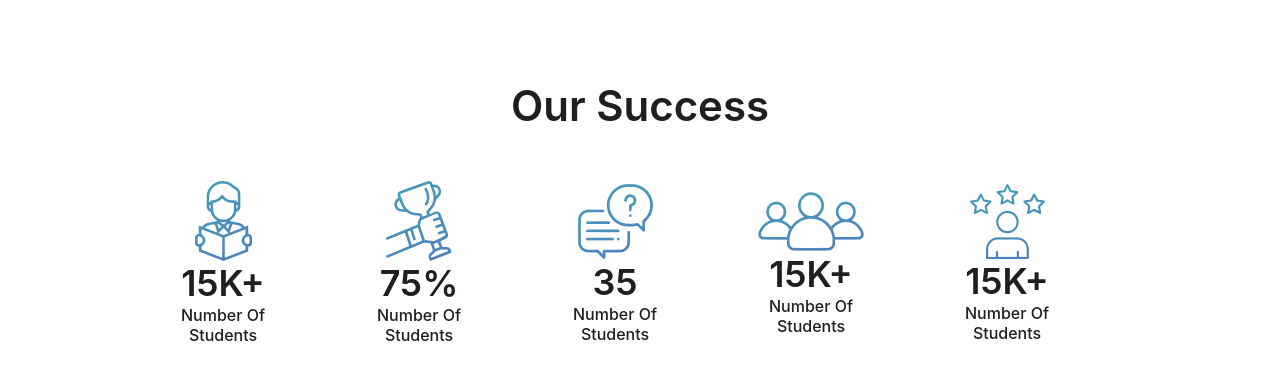
Repository: FaridRustamov09/Final-Task
Page: Pages/succesPage/index.html
An editor plug-in stored every save of this project. The page is shown before and after the next save, followed by the edit.
The browser window is 1280 px wide. The pictures show the whole page.
The style sheet was rebuilt from its Sass, Less or Tailwind sources for each picture, by a compiler version that may differ from the author's.

Above is the page before, as saved 2024-07-14 20:39:27.

### Pages/succesPage/index.html
<!DOCTYPE html>
<html lang="en">
<head>
    <meta charset="UTF-8">
    <meta name="viewport" content="width=device-width, initial-scale=1.0">
    <title>Document</title>
    <link rel="stylesheet" href="index.css">
</head>
<body>
<div class="container2">

    <h1>Our Success</h1>
    <ul>
        <li>
            <img src="../../images/reading 1 (Traced).png" alt="">
            <h2>15k+</h2>
            <p>Number of students</p>
        </li>
        <li>
            <img src="../../images/success 1 (Traced).png" alt="">
            <h2>75%</h2>
            <p>Number of students</p>
        </li>
        <li>
            <img src="../../images/conversation 1 (Traced).png" alt="">
            <h2>35</h2>
            <p>Number of students</p>
        </li>
        <li>
            <img src="../../images/costumer 1 (Traced).png" alt="">
            <h2>15k+</h2>
            <p>Number of students</p>
        </li>
        <li>
            <img src="../../images/Vector (1).png" alt="">
            <h2>15k+</h2>
            <p>Number of students</p>
        </li>
    </ul>


</div>
</body>
</html>

### Pages/succesPage/index.scss

* {
  margin: 0;
  padding: 0;
  box-sizing: border-box;
}
.container2 {
  h1 {
    color: var(--black, #221e1e);
    text-align: center;
    font-family: Inter;
    font-size: 42px;
    font-style: normal;
    font-weight: 600;
    line-height: normal;
  }
  ul {
    li {
      h2 {
        color: var(--black, #221e1e);
        text-align: center;
        font-family: Inter;
        font-size: 36px;
        font-style: normal;
        font-weight: 600;
        line-height: normal;
        text-transform: uppercase;
      }
      p {
        color: var(--black, #221e1e);
        text-align: center;
        font-family: Inter;
        font-size: 16px;
        font-style: normal;
        font-weight: 500;
        line-height: normal;
        text-transform: capitalize;
      }
    }
  }
}

*{
margin: 0;
padding: 0;
box-sizing: border-box;
}
.container2 {
    padding: 80px 150px;
    border-radius: 20px;
    background: #fff;
    display: flex;
    flex-direction: column;
    align-items: center;
    justify-content: center;
    h1 {
      color: var(--black, #221e1e);
      text-align: center;
      font-family: Inter;
      font-size: 42px;
      font-style: normal;
      font-weight: 600;
      line-height: normal;
    }
    ul {
      display: flex;
      align-items: center;

      li {
          list-style-type: none;
          display: flex;
          flex-direction: column;
          justify-content: center;
          align-items: center;
          margin-right: 50px;
          margin-top: 50px;
        svg {
          width: 57px;
          height: 80px;
          fill: linear-gradient(152deg, #479cbb 10.49%, #4e81ba 88.69%);
        }
        b {
          color: var(--black, #221e1e);
          text-align: center;
          font-family: Inter;
          font-size: 36px;
          font-style: normal;
          font-weight: 600;
          line-height: normal;
          text-transform: uppercase;
        }
        p {
          color: var(--black, #221e1e);
          text-align: center;
          font-family: Inter;
          font-size: 16px;
          font-style: normal;
          font-weight: 500;
          line-height: normal;
          text-transform: capitalize;
        }
      }
    }
  }

After the next save:
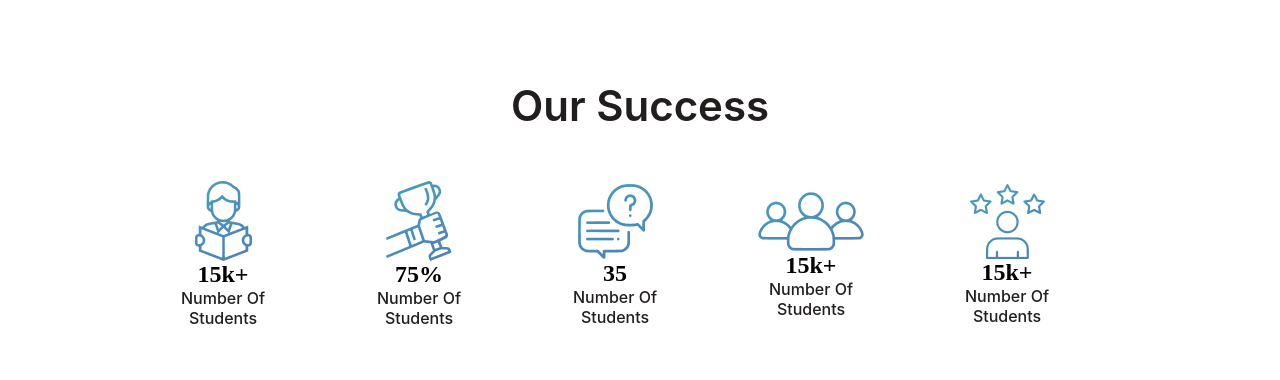
Saved 22 s later.
--- a/Pages/succesPage/index.scss
+++ b/Pages/succesPage/index.scss
@@ -1,44 +1,4 @@
 
-* {
-  margin: 0;
-  padding: 0;
-  box-sizing: border-box;
-}
-.container2 {
-  h1 {
-    color: var(--black, #221e1e);
-    text-align: center;
-    font-family: Inter;
-    font-size: 42px;
-    font-style: normal;
-    font-weight: 600;
-    line-height: normal;
-  }
-  ul {
-    li {
-      h2 {
-        color: var(--black, #221e1e);
-        text-align: center;
-        font-family: Inter;
-        font-size: 36px;
-        font-style: normal;
-        font-weight: 600;
-        line-height: normal;
-        text-transform: uppercase;
-      }
-      p {
-        color: var(--black, #221e1e);
-        text-align: center;
-        font-family: Inter;
-        font-size: 16px;
-        font-style: normal;
-        font-weight: 500;
-        line-height: normal;
-        text-transform: capitalize;
-      }
-    }
-  }
-}
 
 *{
 margin: 0;
